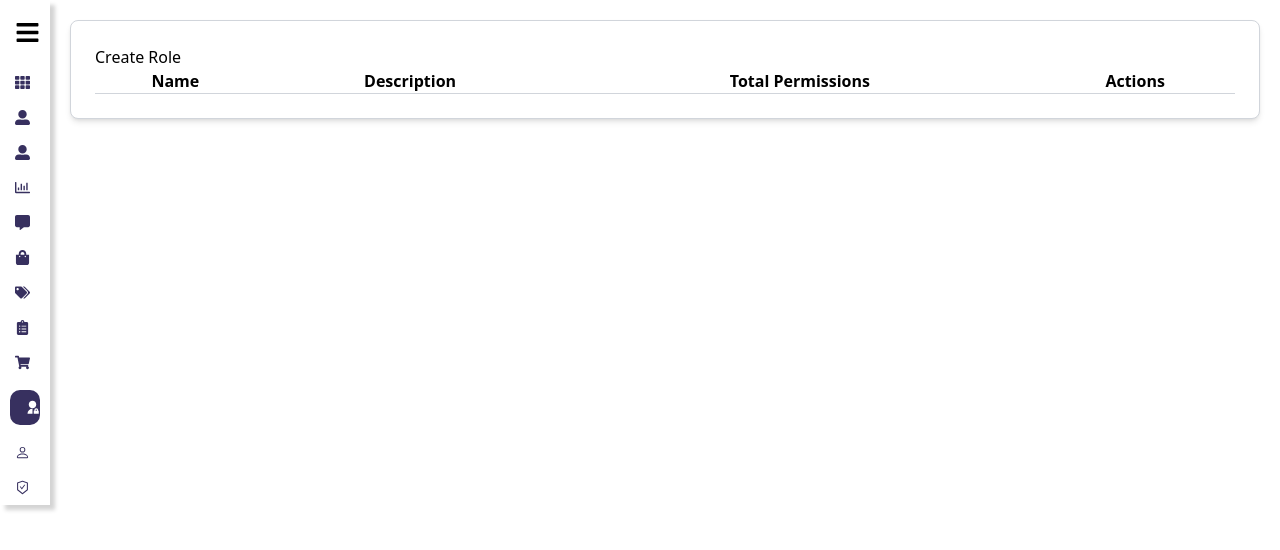
Repository: Andarg01/Admin
Page: /roles
An editor plug-in stored every save of this project. The page is shown before and after the next save, followed by the edit.
The browser window is 1280 px wide. The pictures show the whole page.
The page's requests for data from a server got no answer. The project was rebuilt for these pictures with package versions that can differ from the ones it lists, and the page was loaded fresh each time. No one was signed in, and anything a server would have sent is missing. Also part of the build but not shown: src/styles/analytics.css, src/pages/Analytics.tsx, src/pages/Dashboard.tsx, src/styles/productList.css, src/components/OrderModal.tsx, src/components/OrderTable.tsx, src/pages/Orders.tsx, src/components/CategoryModal.tsx and 16 more.

Above is the page before, as saved 2024-02-28 05:27:58.

### src/index.tsx



import * as React from "react"
import * as ReactDOM from "react-dom/client"
import App from "./App"
import './index.css'

import { Provider } from 'react-redux';
import store from './redux/store';
const container = document.getElementById("root")
if (!container) throw new Error('Failed to find the root element');
const root = ReactDOM.createRoot(container)

root.render(

  <React.StrictMode>
    <Provider store={store}>
         <App />
         </Provider>
  </React.StrictMode>,

)

### src/App.tsx

import React, {useState} from 'react';
import { BrowserRouter, Route, Routes } from 'react-router-dom';
import Sidebar from './components/Sidebar';
import Dashboard from './pages/Dashboard';
import Orders from './pages/Orders';
import Category from './pages/CategoryPage';
import Login from './pages/Login'
import Analytics from './pages/Analytics';
import CustemerReview from './pages/CustemerReview';
import ProductList from './pages/ProductList';

import './App.css'
import SignUpForm from './pages/SignUpForm';
import ForgotPassword from './pages/ForgetPassword';
// import ContactPage from './pages/Contact';
// import RolesPage from './pages/Rolles';
// import PermissionPage from './pages/Permisstion';
import PermissionTable from './components/PermissionTable';
import RoleTable from './components/RoleTable';
import UserPage from './pages/UserPage';
import ShopPage from './pages/ShopPage';



type SaleData = {
  date: string;
  amount: number;
};

type RevenueData = {
  month: string;
  revenue: number;
};



const App: React.FC = () => {

  const saleData: SaleData[] = [
    { date: '2022-01-01', amount: 100 },
    { date: '2022-01-02', amount: 150 },
    { date: '2022-01-03', amount: 200 },
    { date: '2022-01-04', amount: 120 },
    { date: '2022-01-05', amount: 180 },
    { date: '2022-01-06', amount: 90 },
    { date: '2022-01-07', amount: 110 },
    { date: '2022-01-08', amount: 130 },
    { date: '2022-01-09', amount: 170 },
    { date: '2022-01-10', amount: 160 },
  ];

  const revenueData: RevenueData[] = [
    { month: 'January', revenue: 500 },
    { month: 'February', revenue: 700 },
    { month: 'March', revenue: 600 },
    { month: 'April', revenue: 800 },
    { month: 'May', revenue: 900 },
    { month: 'June', revenue: 750 },
    { month: 'July', revenue: 850 },
    { month: 'August', revenue: 950 },
    { month: 'September', revenue: 700 },
    { month: 'October', revenue: 850 },
  ];


  return (
    <div >
    <BrowserRouter>
    <Sidebar>
      <Routes>
        <Route path="/" element={<Dashboard saleData={saleData} revenueData={revenueData}  />} />
        <Route path="/dashboard" element={<Dashboard saleData={saleData} revenueData={revenueData}  />} />
       <Route path="/login" element={<Login/>}/>
       <Route path='/forget-password' element={<ForgotPassword/>}/>
        <Route path="/signup" element={<SignUpForm />} />
        <Route path="/review"element={<CustemerReview  />}/>
        <Route path="/analytics" element={<Analytics  />} />
        <Route path="/product" element={<ProductList />}/>
        <Route path="/shop" element={<ShopPage />} />
        <Route path="/orders" element={<Orders/> }/>

        <Route path="/category" element={<Category />} />
        {/* <Route path='/contact' element={<ContactPage/>}/> */}
        {/* <Route path='/roles' element={<RolesPage/>}/> */}
        {/* <Route path='/permission' element={<PermissionPage/>}/> */}
        <Route path='/roles' element={<RoleTable/>}/>
        <Route path='/permission' element={<PermissionTable/>}/>
        <Route path='/user' element={<UserPage/>}/>

      </Routes>
    </Sidebar>
  </BrowserRouter>
  </div>
  );
};

export default App;

### src/redux/store.ts
// redux/store.ts

import { configureStore, combineReducers } from '@reduxjs/toolkit';
import permissionsReducer from './reducers/permissionsReducers';
import rolesReducer from './reducers/rolesReducers';
import shopReducer from './reducers/shopReducer';

const rootReducer = combineReducers({
  permissions: permissionsReducer,
  roles: rolesReducer,
  shope:shopReducer,
});

const store = configureStore({
  reducer: rootReducer,
});

export type RootState = ReturnType<typeof rootReducer>;

export default store;

### src/components/Sidebar.tsx
import React, { useState } from 'react';
import ReactNode from "react";
import {
    FaTh,
    FaBars,
    FaUserAlt,
    FaRegChartBar,
    FaCommentAlt,
    FaShoppingBag,
    FaTags,
    FaClipboardList,
    FaShoppingCart,
} from 'react-icons/fa';
import { RiAdminFill } from 'react-icons/ri';
import { AiOutlineSafetyCertificate } from 'react-icons/ai';
import { BsPerson } from 'react-icons/bs';
import { IoIosContacts } from 'react-icons/io';
import { NavLink, NavLinkProps } from 'react-router-dom';



interface MenuItem {
    path: string;
    name: string;
    icon: JSX.Element;
}

// interface SidebarProps {
//   children: React.ReactNode;
// }
    const Sidebar: React.FC<React.PropsWithChildren<{}>> = ({ children }) => {
    const [isOpen, setIsOpen] = useState(false);

    const toggle = () => setIsOpen(!isOpen);

    const menuItems: MenuItem[] = [
        {
            path: '/',
            name: 'Dashboard',
            icon: <FaTh />,
        },
        {
            path: '/login',
            name: 'Login',
            icon: <FaUserAlt />,
        },
        {
          path: '/signup',
          name: 'Register form',
          icon: <FaUserAlt />,
      },
        {
            path: '/analytics',
            name: 'Analytics',
            icon: <FaRegChartBar />,
        },
        {
            path: '/review',
            name: 'CustemerReview',
            icon: <FaCommentAlt />,
        },
        {
            path: '/product',
            name: 'Product',
            icon: <FaShoppingBag />,
        },
        {
            path: '/category',
            name: 'Category List',
            icon: <FaTags />,
        },
        {
          path: '/orders',
          name: 'Orders',
          icon: <FaClipboardList />,
      },
      {
        path: '/shop',
        name: 'Sample product',
        icon: <FaShoppingCart />,
    },
    // {
    //     path: '/contact',
    //     name: 'Contact page',
    //     icon: <IoIosContacts />,
    // },
    {
        path: '/roles',
        name: 'Roles of user',
        icon: <RiAdminFill />,
    },
    {
        path: '/user',
        name: 'user page',
        icon: <BsPerson />,
    },
    {
        path: '/permission',
        name: 'permission information',
        icon: <AiOutlineSafetyCertificate />,
    },
    ];

    return (
        <div className="container">
            <div style={{ width: isOpen ? '200px' : '50px' }} className="sidebar">
                <div className="top_section">
                    <h1 style={{ display: isOpen ? 'block' : 'none' }} className="logo">
                        Logo
                    </h1>
                    <div style={{ marginLeft: isOpen ? '50px' : '0px' }} className="bars">
                        <FaBars onClick={toggle} />
                    </div>
                </div>
                {menuItems.map((item, index) => (
                    <NavLink to={item.path} key={index} className="link"
                    //  activeClassName="active"
                     >
                        <div className="icon">{item.icon}</div>
                        <div style={{ display: isOpen ? 'block' : 'none' }} className="link_text text-sm">
                            {item.name}
                        </div>
                    </NavLink>
                ))}
            </div>
            <main>{children}</main>
        </div>
    );
};

export default Sidebar;

### src/App.css
* {
    margin: 0;
    padding: 0;
    text-decoration: none;
    /* background: #fff; */
    /* color: #fff; */
    /* background: #0e1630 */
    /* background-color: #0e1630; */
}

.container {
    display: flex;
}

main {
    width: 100%;
    padding: 20px;
}

.sidebar {
    background: #fff;
    /* background: #0e1630; */
    box-shadow: 5px 5px 4px rgb(212, 212, 212);
    color: #000;
    height: auto;
    width: 200px;
    transition: all 0.5s;
}

.top_section {
    display: flex;
    align-items: center;
    padding: 20px 15px;
}

.logo {
    font-size: 30px;
}

.bars {
    display: flex;
    font-size: 25px;
    margin-left: 50px;
}

.link {
    display: flex;
    color: #37305F;
    padding: 10px 15px;
    gap: 15px;
    transition: all 0.5s;
}

.link:hover {
    background: #37305F;
    color: #fff;
    transition: all 0.5s;
    margin: 10px;
    border-radius: 10px;
}

.active {
    background: #37305F;
    color: #fff;
    margin: 10px;
    border-radius: 10px;
}

.icon,
.link_text {
    font-size: 15px;
}

### src/components/RoleTable.tsx
// RoleTable.tsx

import React, { useState, useEffect } from 'react';
import { useDispatch, useSelector } from 'react-redux';
import { RootState } from '../redux/store';
import {
  fetchRoles,
  createRole,
  updateRole,
  deleteRole,
} from '../redux/actions/rolesActions';
import RoleModal from './RoleModal';

const RoleTable: React.FC = () => {
  const dispatch = useDispatch();
  const roles = useSelector((state: RootState) => state.roles.roles);

  const [showModal, setShowModal] = useState(false);
  const [selectedRole, setSelectedRole] = useState(null);

  useEffect(() => {
    dispatch(fetchRoles());
  }, [dispatch]);

  const handleCreate = () => {
    setSelectedRole(null);
    setShowModal(true);
  };

  const handleEdit = (role: any) => {
    setSelectedRole(role);
    setShowModal(true);
  };

  const handleDelete = (roleId: string) => {
    if (window.confirm('Are you sure you want to delete this role?')) {
      dispatch(deleteRole(roleId));
    }
  };

  return (
    <div className="overflow-x-auto bg-white border border-gray-300 p-6 rounded-lg shadow-md transition duration-500 ease-in-out">
      <button onClick={handleCreate}>Create Role</button>
      <table className="min-w-full border-b border-gray-300">
        <thead>
          <tr>
            <th>Name</th>
            <th>Description</th>
            <th>Total Permissions</th>
            <th>Actions</th>
          </tr>
        </thead>
        <tbody>
          {roles.map((role) => (
            <tr key={role.id}>
              <td className="py-2 px-4 border-r">{role.name}</td>
              <td className="py-2 px-4 border-r">{role.description}</td>
              <td className="py-2 px-4 border-r">{role.permissions.length}</td>
              <td className="py-2 px-4">
                <button onClick={() => handleEdit(role)}
                className="edit hover:underline mr-2 hover:text-gray-700"
                >Edit</button>
                <button onClick={() => handleDelete(role.id)}
                className="delete hover:underline hover:text-red-700"
                >Delete</button>
              </td>
            </tr>
          ))}
        </tbody>
      </table>
      {showModal && <RoleModal onClose={() => setShowModal(false)} role={selectedRole} />}
    </div>
  );
};

export default RoleTable;

### src/redux/reducers/permissionsReducers.ts
import { createSlice } from '@reduxjs/toolkit';
import { fetchPermissions, createPermission, updatePermission, deletePermission } from '../actions/permissionsActions'


interface Permission {
  id: string;
  name: string;
  description: string;
}

interface PermissionsState {
  permissions: Permission[];
}

const initialState: PermissionsState = {
  permissions: [],
};

const permissionsSlice = createSlice({
  name: 'permissions',
  initialState,
  reducers: {}, // You can add reducers if needed
  extraReducers: (builder) => {
    builder.addCase(fetchPermissions.fulfilled, (state, action) => {
      state.permissions = action.payload;
    });
    builder.addCase(createPermission.fulfilled, (state, action) => {
      state.permissions.push(action.payload);
    });
    builder.addCase(updatePermission.fulfilled, (state, action) => {
      const updatedPermission = action.payload;
      const index = state.permissions.findIndex((p) => p.id === updatedPermission.id);
      if (index !== -1) {
        state.permissions[index] = updatedPermission;
      }
    });
    builder.addCase(deletePermission.fulfilled, (state, action) => {
      const deletedPermissionId = action.payload;
      state.permissions = state.permissions.filter((p) => p.id !== deletedPermissionId);
    });
  },
});

export default permissionsSlice.reducer;

### src/redux/reducers/rolesReducers.ts
import { createSlice } from '@reduxjs/toolkit';
import { fetchRoles, createRole, updateRole, deleteRole } from "../actions/rolesActions"


export interface Role {
  id: string;
  name: string;
  description: string;
  permissions: string[]; // Assuming permission IDs are stored in an array
  default: boolean;
}

interface RolesState {
  roles: Role[];
}

const initialState: RolesState = {
  roles: [],
};

const rolesSlice = createSlice({
  name: 'roles',
  initialState,
  reducers: {}, // You can add reducers if needed
  extraReducers: (builder) => {
    builder.addCase(fetchRoles.fulfilled, (state, action) => {
      state.roles = action.payload;
    });
    builder.addCase(createRole.fulfilled, (state, action) => {
      state.roles.push(action.payload);
    });
    builder.addCase(updateRole.fulfilled, (state, action) => {
      const updatedRole = action.payload;
      const index = state.roles.findIndex((r) => r.id === updatedRole.id);
      if (index !== -1) {
        state.roles[index] = updatedRole;
      }
    });
    builder.addCase(deleteRole.fulfilled, (state, action) => {
      const deletedRoleId = action.payload;
      state.roles = state.roles.filter((r) => r.id !== deletedRoleId);
    });
  },
});

export default rolesSlice.reducer;

### src/redux/reducers/shopReducer.ts
// src/redux/reducers/shopReducer.ts

import {
    FETCH_SHOPS_REQUEST,
    FETCH_SHOPS_SUCCESS,
    FETCH_SHOPS_FAILURE,
  } from '../actions/shopActions';

  interface Shop {
    id: string;
    name: string;
    description: string;
    shopUrl: string;
    permissionName: string;
    picture: string;
  }

  interface ShopState {
    shops: Shop[];
    loading: boolean;
    error: string;
  }

  const initialState: ShopState = {
    shops: [],
    loading: false,
    error: '',
  };

  const shopReducer = (state = initialState, action: any): ShopState => {
    switch (action.type) {
      case FETCH_SHOPS_REQUEST:
        return {
          ...state,
          loading: true,
        };
      case FETCH_SHOPS_SUCCESS:
        return {
          ...state,
          loading: false,
          shops: action.payload,
          error: '',
        };
      case FETCH_SHOPS_FAILURE:
        return {
          ...state,
          loading: false,
          shops: [],
          error: action.payload,
        };
      default:
        return state;
    }
  };

  export default shopReducer;

### src/redux/actions/permissionsActions.ts
import { createAsyncThunk } from '@reduxjs/toolkit';

// Replace with your actual backend endpoint
const API_ENDPOINT = 'https://sheba-app.onrender.com/api/permissions';

interface Permission {
  id: string;
  name: string;
  description: string;
}

export const fetchPermissions = createAsyncThunk<Permission[]>('permissions/fetchPermissions', async () => {
  const response = await fetch(`${API_ENDPOINT}/all`);
  const data = await response.json();
  return data.permissions;
});

export const createPermission = createAsyncThunk<Permission, { name: string, description: string }>(
  'permissions/createPermission',
  async (payload) => {
    const response = await fetch(`${API_ENDPOINT}/create`, {
      method: 'POST',
      headers: {
        'Content-Type': 'application/json',
      },
      body: JSON.stringify(payload),
    });
    const data = await response.json();
    return data;
  }
);

export const updatePermission = createAsyncThunk<Permission, { id: string, data: { name: string, description: string } }>(
  'permissions/updatePermission',
  async (payload) => {
    const response = await fetch(`${API_ENDPOINT}/${payload.id}/update`, {
      method: 'PUT',
      headers: {
        'Content-Type': 'application/json',
      },
      body: JSON.stringify(payload.data),
    });
    const data = await response.json();
    return data;
  }
);

export const deletePermission = createAsyncThunk('permissions/deletePermission', async (permissionId: string) => {
  const response = await fetch(`${API_ENDPOINT}/${permissionId}/delete`, {
    method: 'DELETE',
  });
  const data = await response.json();
  return data;
});

### src/redux/actions/rolesActions.ts
// roles/actions.ts

import { createAsyncThunk } from '@reduxjs/toolkit';

// Replace with your actual backend endpoint
const API_ENDPOINT = 'https://sheba-app.onrender.com/api/roles';

export const fetchRoles = createAsyncThunk('roles/fetchRoles', async () => {
  const response = await fetch(API_ENDPOINT);
  const data = await response.json();
  return data.roles;
});

export const createRole = createAsyncThunk('roles/createRole', async (payload: any) => {
  const response = await fetch(API_ENDPOINT + '/create', {
    method: 'POST',
    headers: {
      'Content-Type': 'application/json',
    },
    body: JSON.stringify(payload),
  });
  const data = await response.json();
  return data;
});

export const updateRole = createAsyncThunk('roles/updateRole', async (payload: any) => {
  const response = await fetch(`${API_ENDPOINT}/${payload.id}/update`, {
    method: 'PUT',
    headers: {
      'Content-Type': 'application/json',
    },
    body: JSON.stringify(payload.data),
  });
  const data = await response.json();
  return data;
});

export const deleteRole = createAsyncThunk('roles/deleteRole', async (roleId: string) => {
  const response = await fetch(`${API_ENDPOINT}/${roleId}/delete`, {
    method: 'DELETE',
  });
  const data = await response.json();
  return data;
});

### src/redux/actions/shopActions.ts
// src/redux/actions/shopActions.ts

import axios from 'axios';

export const FETCH_SHOPS_REQUEST = 'FETCH_SHOPS_REQUEST';
export const FETCH_SHOPS_SUCCESS = 'FETCH_SHOPS_SUCCESS';
export const FETCH_SHOPS_FAILURE = 'FETCH_SHOPS_FAILURE';

export const fetchShops = () => {
  return async (dispatch: any) => {
    dispatch({ type: FETCH_SHOPS_REQUEST });

    try {
      const response = await axios.get('https://sheba-app.onrender.com/api/shops/user/all');
      dispatch({ type: FETCH_SHOPS_SUCCESS, payload: response.data });
    } catch (error) {
      dispatch({ type: FETCH_SHOPS_FAILURE, payload: error.message });
    }
  };
};

Loaded but not shown: public/index.html (common file); src/index.css (common file); tailwind.config.js (common file)

After the next save:
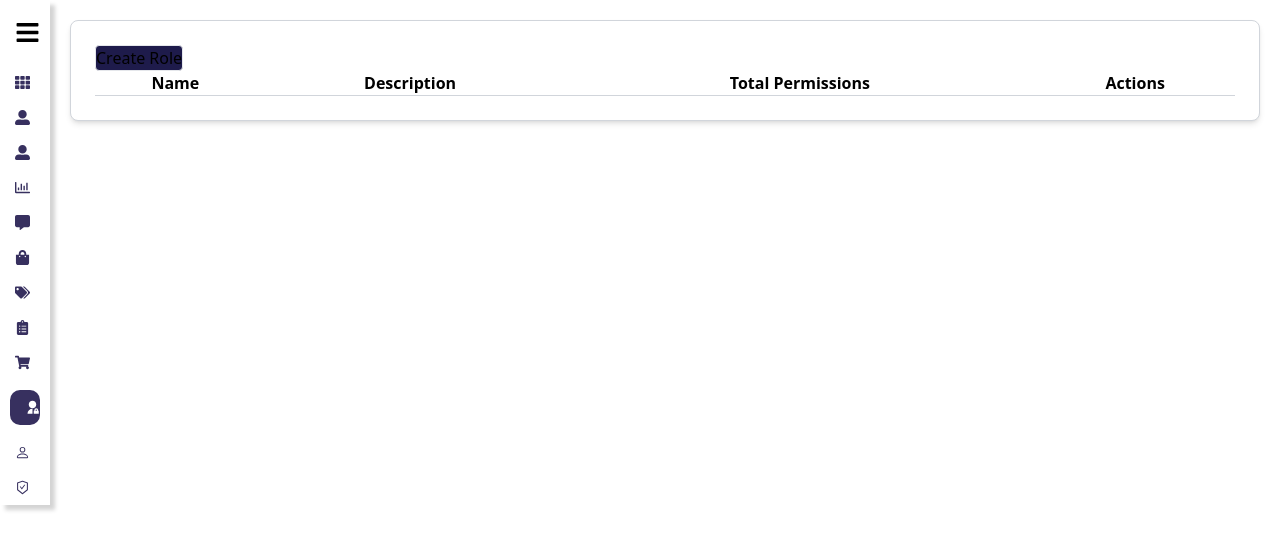
Saved 7 min 0 s later.
--- a/src/components/RoleTable.tsx
+++ b/src/components/RoleTable.tsx
@@ -40,7 +40,7 @@ const RoleTable: React.FC = () => {
 
   return (
     <div className="overflow-x-auto bg-white border border-gray-300 p-6 rounded-lg shadow-md transition duration-500 ease-in-out">
-      <button onClick={handleCreate}>Create Role</button>
+      <button onClick={handleCreate} className='bg-indigo-950 border rounded hover:m-2'>Create Role</button>
       <table className="min-w-full border-b border-gray-300">
         <thead>
           <tr>
